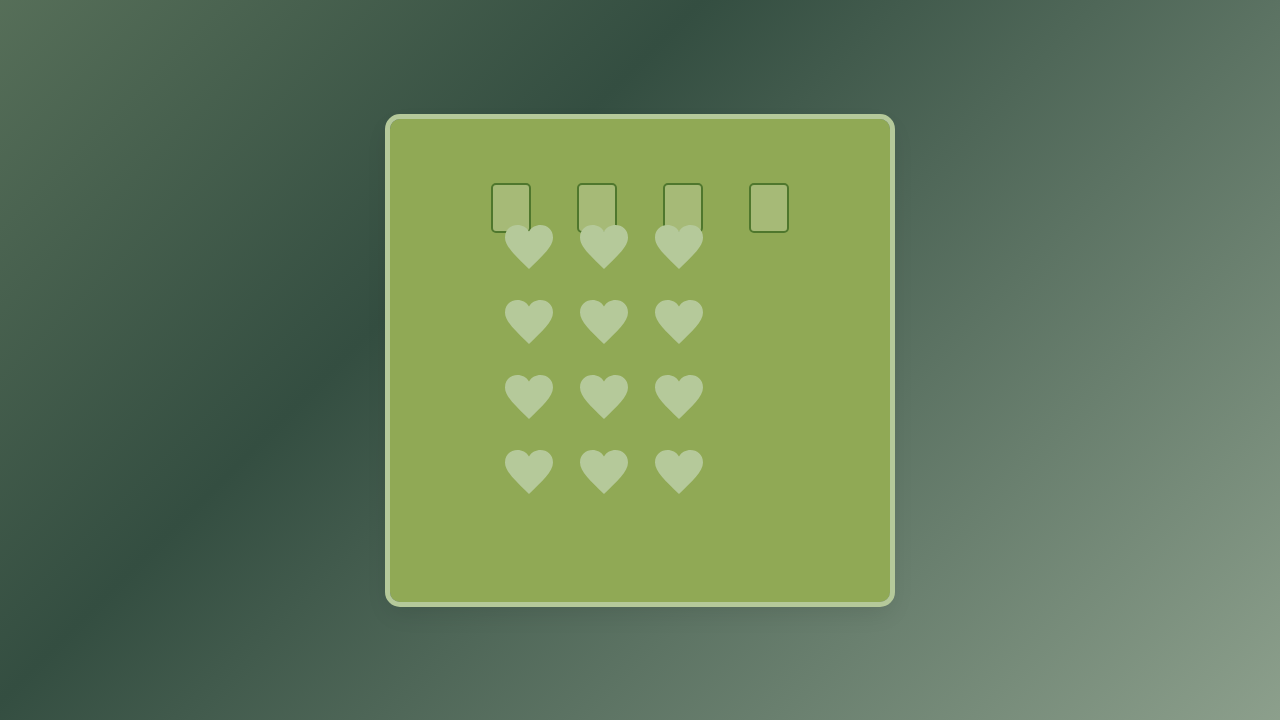
Repository: jahatesu/project-cutie
Page: index.html
The author's editor kept a copy of each file at every save. The page is drawn from the files as they stood at one save, then again after the next save.
The browser window is 1280 px wide. The pictures show the whole page.
Some web libraries are served in a nearby version.

Above is the page before, as saved 2025-08-14 21:10:51.
Console error: TypeError: Cannot read properties of null (reading 'getBoundingClientRect')

After the next save:
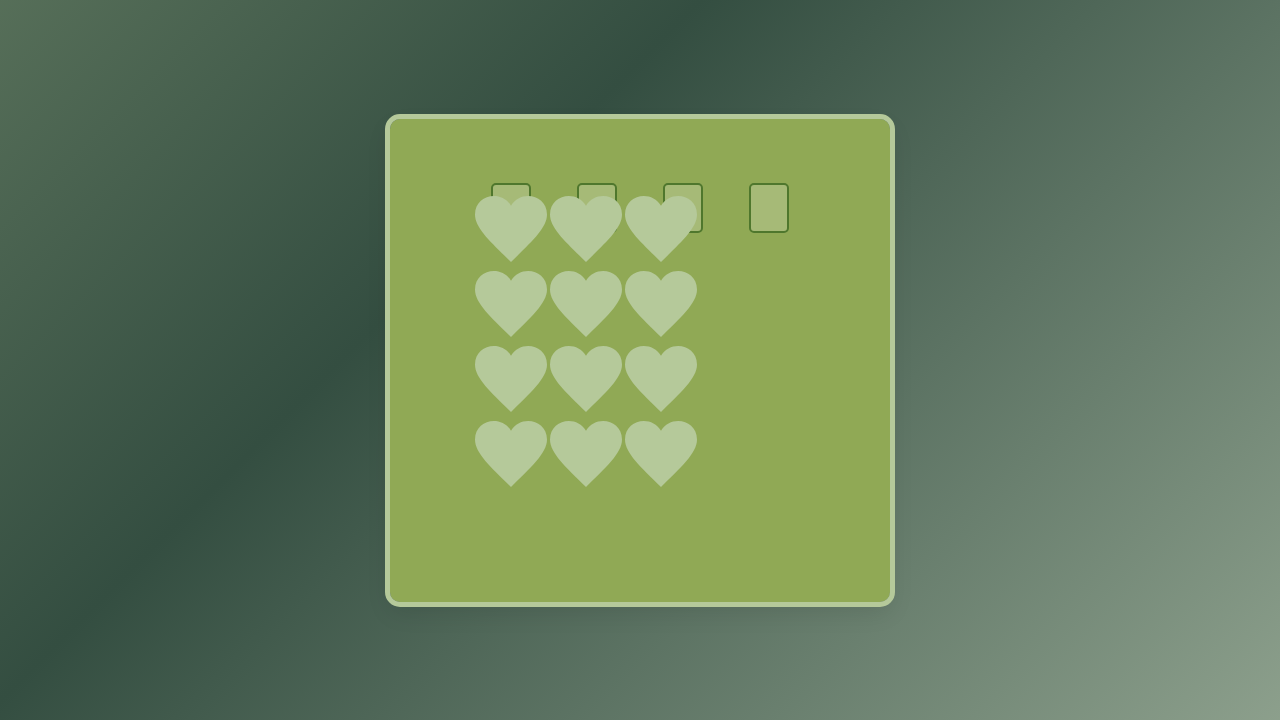
Saved 5 s later.
--- a/style.css
+++ b/style.css
@@ -88,7 +88,7 @@ body {
   cursor: pointer;
   background: #b5c99a;
   clip-path: path("M12 4.248c-3.148-5.402-12-3.825-12 2.944 0 4.661 5.571 9.427 12 15.808 6.43-6.381 12-11.147 12-15.808 0-6.792-8.875-8.306-12-2.944z");
-  transform: scale(2);
+  transform: scale(3);
 
 /* .wrapper i {
   font-size: 50px;
